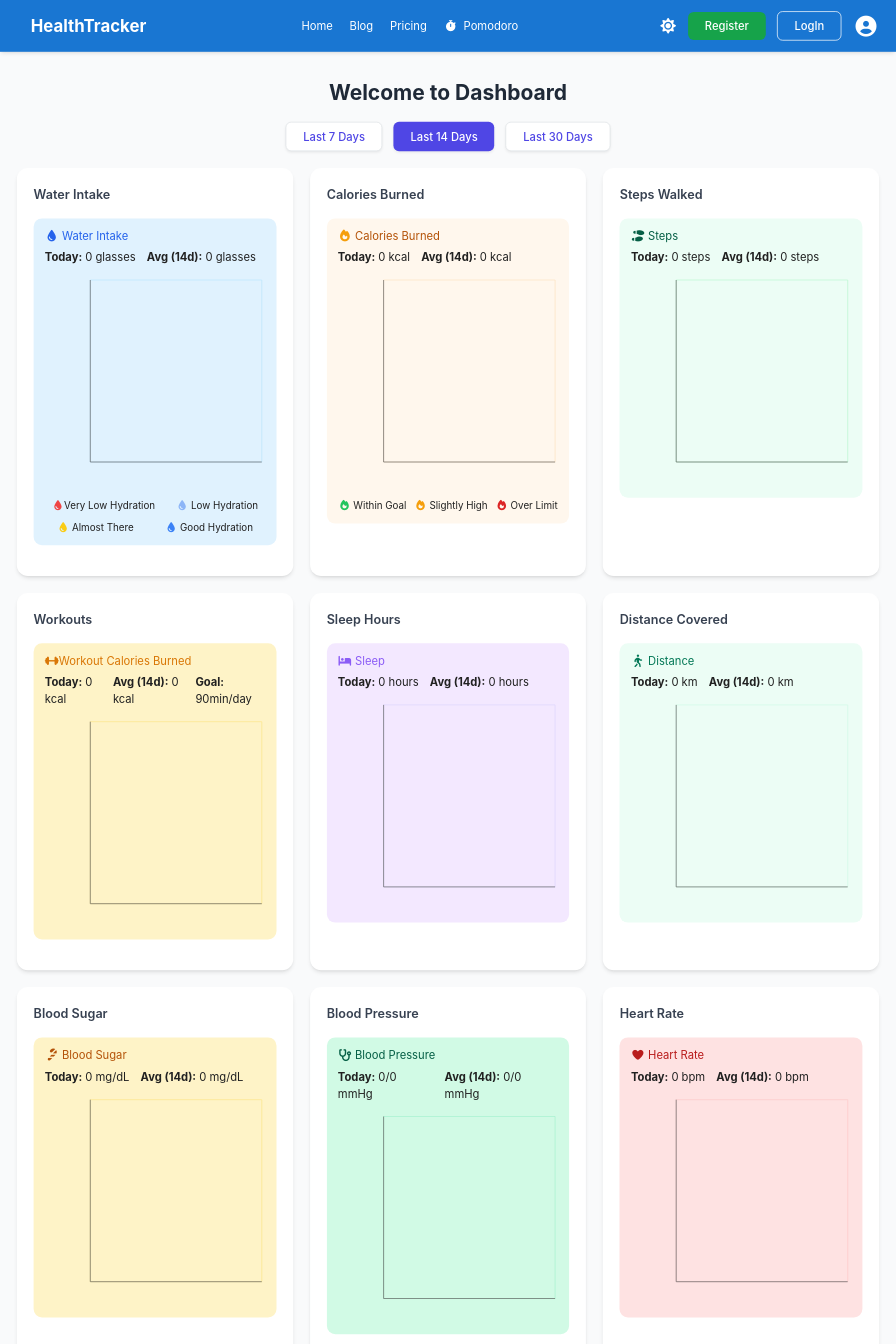
Repository: bhumikamourya/health-monitoring-application
Page: /dashboard (app in frontend/)
The author's editor kept a copy of each file at every save. The page is drawn from the files as they stood at one save, then again after the next save.
The browser window is 1280 px wide. The pictures show the part of the page from y = 0 to 1920 px (the page is 2589 px tall), at 70% of full size.
The page's requests for data from a server got no answer. Some web libraries are served in a nearby version. The project was rebuilt for these pictures with package versions that can differ from the ones it lists, and the page was loaded fresh each time. No one was signed in, and anything a server would have sent is missing. Also part of the build but not shown: frontend/src/components/Home/particleBackground.js, frontend/src/components/Home/Component1.js, frontend/src/components/Home/Component2.js, frontend/src/components/Home/Component3.js, frontend/src/components/Home/Component4.js, frontend/src/components/Home/HomePage.js, frontend/src/components/Blog/Component1.js, frontend/src/components/Blog/Component2.js and 16 more.

Above is the page before, as saved 2025-10-14 19:14:09.

### frontend/public/index.html
<!DOCTYPE html>
<html lang="en">

<head>
  <meta charset="utf-8" />
  <link rel="icon" href="%PUBLIC_URL%/favicon.ico" />
  <meta name="viewport" content="width=device-width, initial-scale=1" />
  <meta name="theme-color" content="#000000" />
  <meta name="description" content="Web site created using create-react-app" />
  <link rel="apple-touch-icon" href="%PUBLIC_URL%/logo192.png" />
  <link rel="manifest" href="%PUBLIC_URL%/manifest.json" />

  <script src="https://cdn.jsdelivr.net/npm/@tailwindcss/browser@4"></script>

  <link href="https://cdn.jsdelivr.net/npm/bootstrap@5.3.7/dist/css/bootstrap.min.css" rel="stylesheet"
    integrity="sha384-LN+7fdVzj6u52u30Kp6M/trliBMCMKTyK833zpbD+pXdCLuTusPj697FH4R/5mcr" crossorigin="anonymous">
  <link rel="stylesheet" href="https://cdnjs.cloudflare.com/ajax/libs/font-awesome/7.0.0/css/all.min.css"
    integrity="sha512-DxV+EoADOkOygM4IR9yXP8Sb2qwgidEmeqAEmDKIOfPRQZOWbXCzLC6vjbZyy0vPisbH2SyW27+ddLVCN+OMzQ=="
    crossorigin="anonymous" referrerpolicy="no-referrer" />
  <title>React App</title>
</head>

<body>
  <noscript>You need to enable JavaScript to run this app.</noscript>
  <div id="root"></div>
  <!--
      This HTML file is a template.
      If you open it directly in the browser, you will see an empty page.

      You can add webfonts, meta tags, or analytics to this file.
      The build step will place the bundled scripts into the <body> tag.

      To begin the development, run `npm start` or `yarn start`.
      To create a production bundle, use `npm run build` or `yarn build`.
    -->
</body>

</html>

### frontend/src/index.css
@tailwind base;
@tailwind components;
@tailwind utilities;

body {
  margin: 0;
  font-family: -apple-system, BlinkMacSystemFont, 'Segoe UI', 'Roboto', 'Oxygen',
    'Ubuntu', 'Cantarell', 'Fira Sans', 'Droid Sans', 'Helvetica Neue',
    sans-serif;
  -webkit-font-smoothing: antialiased;
  -moz-osx-font-smoothing: grayscale;
  background-color: #fff;
  color: #212121;
}

code {
  font-family: source-code-pro, Menlo, Monaco, Consolas, 'Courier New',
    monospace;
}

h1,
h2,
h3,
h4,
h5,
h6 {
  color: #2c3e50
}

/* NAVBAR STYLING */
.background {
  background-color: #1976d2;
}

.footer-a-links {
  text-decoration: underline;
  color: #fff;
}

.footer-a-links:hover {
  text-decoration: underline;
}

.menu {
  color: #fff;
  margin-left: 20px;
}

.menu.selected {
  color: #64b5f6;
}

.links {
  color: #1976d2;
}

.links:hover {
  opacity: 0.7;
}

.nav-links {
  color: #fff;
}

.nav-links:hover {
  color: #64b5f6;
}

.coloured-btn {
  background-color: #1976d2;
  color: #fff;
}

.coloured-btn:hover {
  background-color: #1976d2;
}

.bold-text {
  color: #1976d2;
}


/* HOME COMPONENT-1 */
.component1-container {
  background-color: #f5f5f5;
}
.component1-icons{
  background-color: #e9f2fa;
  padding:20px 40px 20px 20px;
  border-radius: 50%;
}

.fa-check,
.fa-square-check,
.fa-calendar-week,
.fa-chart-line {
  color: #1976d2;
  font-size: 25px;
}

.fa-check {
  color: #43a047;
}


/* HOME COMPONENT-2 */
.complete-control-text {
  background-color: #e9f2fa;
  width: 60%;
  margin: 25px 5px 0 40px;
  padding: 4px;
  border-radius: 30px;
  color: #1976d2;
}

.coloured-card {
  margin-left: 50px;
  border: 3px solid #1976d2;
  border-radius: 15px;
  background-color: #fafafa;
}

/* BLOG COMPONENT */
.blogs-container {
  width: 14rem;
  box-shadow: 5px 5px 10px #f4f3f3;
}

.capsule-text {
  font-size: 10px;
  border: 1px solid #cfd1d1ff;
  padding: 4px 7px;
  border-radius: 10px;
  color: #2c2c2c;
}

/* PRICING COMPONENT */
.pricing-cards {
  margin-right: 15px;
  border: 0.4px solid #bbbabaff;
  border-radius: 30px;
}

.fa-xmark {
  font-size: 20px;
}

.complete-text {
  width: auto;
  padding: 4px 10px;
  background-color: #e9f2fa;
  border-radius: 30px;
  color: #1976d2;
}

.pricing-card2 {
  margin-left: 15px;
  border: 2px solid #1976d2;
  border-radius: 30px;
  background-color: #fafafa;
}

.pomodoro-card {
  border: 0.3px solid #424242;
  border-top: 4px solid #1976d2;
  border-radius: 10px;
}
.steps-chart-content{
  line-height: 10px;
}
.goto-dashboard:hover{
  text-decoration: underline;
  color: #6e7983;
}

### frontend/src/components/Charts/fitnessCharts.js
import { Line, CartesianGrid, XAxis, YAxis, Tooltip, ResponsiveContainer, BarChart, Bar } from "recharts";
import { useChartData } from "../../Hook/useChartData";
import { CustomTooltip } from "../../utils/CustomTooltip.js";

// Water Chart
function WaterChart({ days = 7, target = 8 }) {
  const { data, todayTotal, avg } = useChartData("water", "water", days);

  const getWaterColor = (value, target) => {
    if (value < target * 0.5) return "#ef4444";   // 🔴 Red - very low hydration
    if (value < target * 0.8) return "#8cb5f7ff"; // 🟠 Light blue - low
    if (value < target) return "#facc15";         // 🟡 Yellow - almost there
    return "#3b82f6";                             // 🔵 Blue - good hydration
  };

  const coloredData = data.map(d => ({
    ...d,
    fill: getWaterColor(d.water, target)
  }));

  return (
    <div
      style={{
        maxWidth: 700,
        margin: "20px auto",
        background: "#e0f2fe",
        borderRadius: 12,
        padding: 16
      }}
    >
      <h2 style={{ marginBottom: 8, color: "#2563eb" }}>
        <i className="fa-solid fa-droplet"></i> Water Intake
      </h2>

      <div style={{ display: "flex", gap: 16, marginBottom: 16 }}>
        <div><b>Today:</b> {todayTotal} glasses</div>
        <div><b>Avg ({days}d):</b> {avg} glasses</div>
      </div>

      <div style={{ width: "100%", height: 300 }}>
        <ResponsiveContainer>
          <BarChart data={coloredData}>
            <CartesianGrid stroke="#bae6fd" />
            <XAxis dataKey="date" />
            <YAxis allowDecimals={false} />
            <Tooltip content={<CustomTooltip unit="glasses" />} />
            <Bar dataKey="water" fill={({ payload }) => payload.fill} />
            <Line
              type="monotone"
              dataKey={() => target}
              stroke="#1d4ed8"
              strokeWidth={2}
              dot={false}
            />
          </BarChart>
        </ResponsiveContainer>
      </div>

      {/* 👇 Color Legend Section */}
      <div
        style={{
           marginTop: 16,
          display: "flex",
          justifyContent: "space-around",
          flexWrap: "wrap",
          gap: 10,
          fontSize: 14
        }}
      >
        <div><i style={{color: "#ef4444"}} className="fa-solid fa-droplet"></i>Very Low Hydration</div>
        <div><i style={{color: "#8cb5f7ff"}} className="fa-solid fa-droplet"></i> Low Hydration</div>
        <div><i style={{color: "#facc15"}} className="fa-solid fa-droplet"></i> Almost There</div>
        <div><i style={{color: "#3b82f6"}} className="fa-solid fa-droplet"></i> Good Hydration</div>
      </div>
    </div>
  );
}



// Calories Chart
function CaloriesChart({ days = 7, target = 2500 }) {
  const { data, todayTotal, avg } = useChartData("calories", "calories", days);

  const getCaloriesColor = (value, target) => {
    if (value <= target) return "#22c55e";        // 🟢 Green - within goal
    if (value <= target * 1.1) return "#f59e0b";  // 🟡 Yellow - slightly high
    return "#dc2626";                             // 🔴 Red - over limit
  };

  const coloredData = data.map(d => ({
    ...d,
    fill: getCaloriesColor(d.calories, target)
  }));

  return (
    <div
      style={{
        maxWidth: 700,
        margin: "20px auto",
        background: "#fff7ed",
        borderRadius: 12,
        padding: 16,
      }}
    >
      <h2 style={{ marginBottom: 8, color: "#b45309" }}>
        <i className="fa-solid fa-fire" style={{ color: "#f59e0b" }}></i>{" "}
        Calories Burned
      </h2>

      <div style={{ display: "flex", gap: 16, marginBottom: 16 }}>
        <div><b>Today:</b> {todayTotal} kcal</div>
        <div><b>Avg ({days}d):</b> {avg} kcal</div>
      </div>

      <div style={{ width: "100%", height: 300 }}>
        <ResponsiveContainer>
          <BarChart data={coloredData}>
            <CartesianGrid stroke="#fde2c0" />
            <XAxis dataKey="date" />
            <YAxis allowDecimals={false} />
            <Tooltip content={<CustomTooltip unit="kcal" />} />
            <Bar dataKey="calories" fill={({ payload }) => payload.fill} />
            <Line
              type="monotone"
              dataKey={() => target}
              stroke="#991b1b"
              strokeWidth={2}
              dot={false}
            />
          </BarChart>
        </ResponsiveContainer>
      </div>

      {/* 👇 Color Legend Section - matching WaterChart style */}
      <div
        style={{
          marginTop: 16,
          display: "flex",
          justifyContent: "space-around",
          flexWrap: "wrap",
          gap: 10,
          fontSize: 14,
        }}
      >
        <div>
          <i style={{ color: "#22c55e" }} className="fa-solid fa-fire"></i> Within Goal
        </div>
        <div>
          <i style={{ color: "#f59e0b" }} className="fa-solid fa-fire"></i> Slightly High
        </div>
        <div>
          <i style={{ color: "#dc2626" }} className="fa-solid fa-fire"></i> Over Limit
        </div>
      </div>
    </div>
  );
}



// Steps Chart
function StepsChart({ days = 7, target = 12000 }) {
  const { data, todayTotal, avg } = useChartData("steps", "steps", days);
  const getStepsColor = (value) => {
    if (value < target * 0.7) return "#dc2626";   // red (low)
    if (value < target) return "#1ff66eff";         // amber (medium)
    return "#16a34a";                             // green (good)
  };

  const coloredData = data.map(d => ({
    ...d,
    fill: getStepsColor(d.steps)
  }));

  return (
    <div style={{ maxWidth: 700, margin: "20px auto", background: "#ecfdf5", borderRadius: 12, padding: 16 }}>
      <h2 style={{ marginBottom: 8, color: "#065f46" }}><i className="fa-solid fa-shoe-prints"></i> Steps </h2>
      <div style={{ display: "flex", gap: 16, marginBottom: 16 }}>
        <div><b>Today:</b> {todayTotal} steps</div>
        <div><b>Avg ({days}d):</b> {avg} steps</div>
      </div>
      <div style={{ width: "100%", height: 300 }}>
        <ResponsiveContainer>
          <BarChart data={coloredData}>
            <CartesianGrid stroke="#bbf7d0" />
            <XAxis dataKey="date" />
            <YAxis allowDecimals={false} />
            <Tooltip content={<CustomTooltip unit="Steps" />} />
            <Bar dataKey="steps" fill={({ payload }) => payload.fill} />
            <Line
              type="monotone"
              dataKey={() => target}
              stroke="#047857"
              strokeWidth={2}
              dot={false}
            />
          </BarChart>
        </ResponsiveContainer>
      </div>
    </div>
  );
}

// Sleep Chart
function SleepChart({ days = 7, target = 8 }) {
  const { data, todayTotal, avg } = useChartData("sleep", "sleep", days);
  const getSleepColor = (value) => {
    if (value < 5) return "#e33636ff";
    if (value < 7) return "#beabe8ff";
    if (value <= 9) return "#ab89fbff";
    return "#8b5cf6";
  };
  const coloredData = data.map(d => ({
    ...d,
    fill: getSleepColor(d.sleep, target)
  }));
  return (
    <div style={{ maxWidth: 700, margin: "20px auto", background: "#f3e8ff", borderRadius: 12, padding: 16 }}>
      <h2 style={{ marginBottom: 8, color: "#8b5cf6" }}><i className="fa-solid fa-bed"></i> Sleep</h2>
      <div style={{ display: "flex", gap: 16, marginBottom: 16 }}>
        <div><b>Today:</b> {todayTotal} hours</div>
        <div><b>Avg ({days}d):</b> {avg} hours</div>
      </div>
      <div style={{ width: "100%", height: 300 }}>
        <ResponsiveContainer>
          <BarChart data={coloredData}>
            <CartesianGrid stroke="#ddd6fe" />
            <XAxis dataKey="date" />
            <YAxis allowDecimals={false} />
            <Tooltip content={<CustomTooltip unit="hours" />} />
            <Bar dataKey="sleep" fill={({ payload }) => payload.fill} />
            <Line type="monotone" dataKey={() => target} stroke="#7c3aed" strokeWidth={2} dot={false} />
          </BarChart>
        </ResponsiveContainer>
      </div>
    </div>
  );
}

function DistanceChart({ days = 7, target = 5 }) {
  const { data, todayTotal, avg } = useChartData("distance", "distance", days);

  const getDistanceColor = (value, target) => {
    if (value < target * 0.5) return "#ef4444";   // 🔴 Very low
    if (value < target * 0.8) return "#81f2aaff";   // 🟠 Low
    if (value < target) return "#facc15";         // 🟡 Almost there
    return "#22c55e";                             // 🟢 Good
  };

  const coloredData = data.map(d => ({
    ...d,
    fill: getDistanceColor(d.distance, target)
  }));

  return (
    <div style={{ maxWidth: 700, margin: "20px auto", background: "#ecfdf5", borderRadius: 12, padding: 16 }}>
      <h2 style={{ marginBottom: 8, color: "#047857" }}>
        <i className="fa-solid fa-person-walking"></i> Distance
      </h2>

      <div style={{ display: "flex", gap: 16, marginBottom: 16 }}>
        <div><b>Today:</b> {todayTotal} km</div>
        <div><b>Avg ({days}d):</b> {avg} km</div>
      </div>

      <div style={{ width: "100%", height: 300 }}>
        <ResponsiveContainer>
          <BarChart data={coloredData}>
            <CartesianGrid stroke="#d1fae5" />
            <XAxis dataKey="date" />
            <YAxis allowDecimals={false} />
            <Tooltip content={<CustomTooltip unit="km" />} />
            <Bar dataKey="distance" fill={({ payload }) => payload.fill} />
            <Line type="monotone" dataKey={() => target} stroke="#047857" strokeWidth={2} dot={false} />
          </BarChart>
        </ResponsiveContainer>
      </div>
    </div>
  );
}


function WorkoutChart({ days = 7, target = 90 }) {
  // workoutsCalories ke liye hook call
  const { data, todayTotal, avg } = useChartData("workouts", "caloriesBurned", days);
  const getWorkoutColor = (value, target) => {
    if (value < target * 0.7) return "#ef4444";   // red - low
    if (value < target) return "#fbbf24";         // amber - medium
    return "#d97706";                             // green - achieved
  };

  const coloredData = data.map(d => ({
    ...d,
    fill: getWorkoutColor(d.caloriesBurned, target)
  }));
  return (
    <div style={{ maxWidth: 700, margin: "20px auto", background: "#fef3c7", borderRadius: 12, padding: 16 }}>
      <h2 style={{ marginBottom: 8, color: "#d97706" }}>
        <i className="fa-solid fa-dumbbell"></i>
        Workout Calories Burned </h2>
      <div style={{ display: "flex", gap: 16, marginBottom: 16 }}>
        <div><b>Today:</b> {todayTotal} kcal</div>
        <div><b>Avg ({days}d):</b> {avg} kcal</div>
        <div><b>Goal:</b> {target}min/day</div>
      </div>
      <div style={{ width: "100%", height: 300 }}>
        <ResponsiveContainer>
          <BarChart data={coloredData}>
            <CartesianGrid stroke="#fde68a" />
            <XAxis dataKey="date" />
            <YAxis allowDecimals={false} />
            <Tooltip content={<CustomTooltip unit="kcal" />} />
            <Bar dataKey="caloriesBurned" fill={({ payload }) => payload.fill} />
            <Line type="monotone" dataKey={() => target} stroke="#b45309" strokeWidth={2} dot={false} />
          </BarChart>
        </ResponsiveContainer>
      </div>
    </div>
  );
}




export { WaterChart, CaloriesChart, StepsChart, SleepChart, DistanceChart, WorkoutChart };

Loaded but not shown: frontend/tailwind.config.js (common file); frontend/src/components/Charts/MedicalCharts.js (185 lines, source omitted); frontend/src/Navbar.js (85 lines, source omitted); frontend/src/TrackerForms/Dashboard.js (91 lines, source omitted); frontend/src/Hook/useBPChartData.js (65 lines, source omitted); frontend/src/index.js (46 lines, source omitted); frontend/src/Hook/useCholesterolChartData.js (62 lines, source omitted); frontend/src/Hook/useChartData.js (56 lines, source omitted); frontend/src/Footer.js (35 lines, source omitted); frontend/src/components/Logout.js (16 lines, source omitted); frontend/src/utils/api.js (13 lines, source omitted); frontend/src/components/Home/particleBackground.css (399 lines, source omitted)

After the next save:
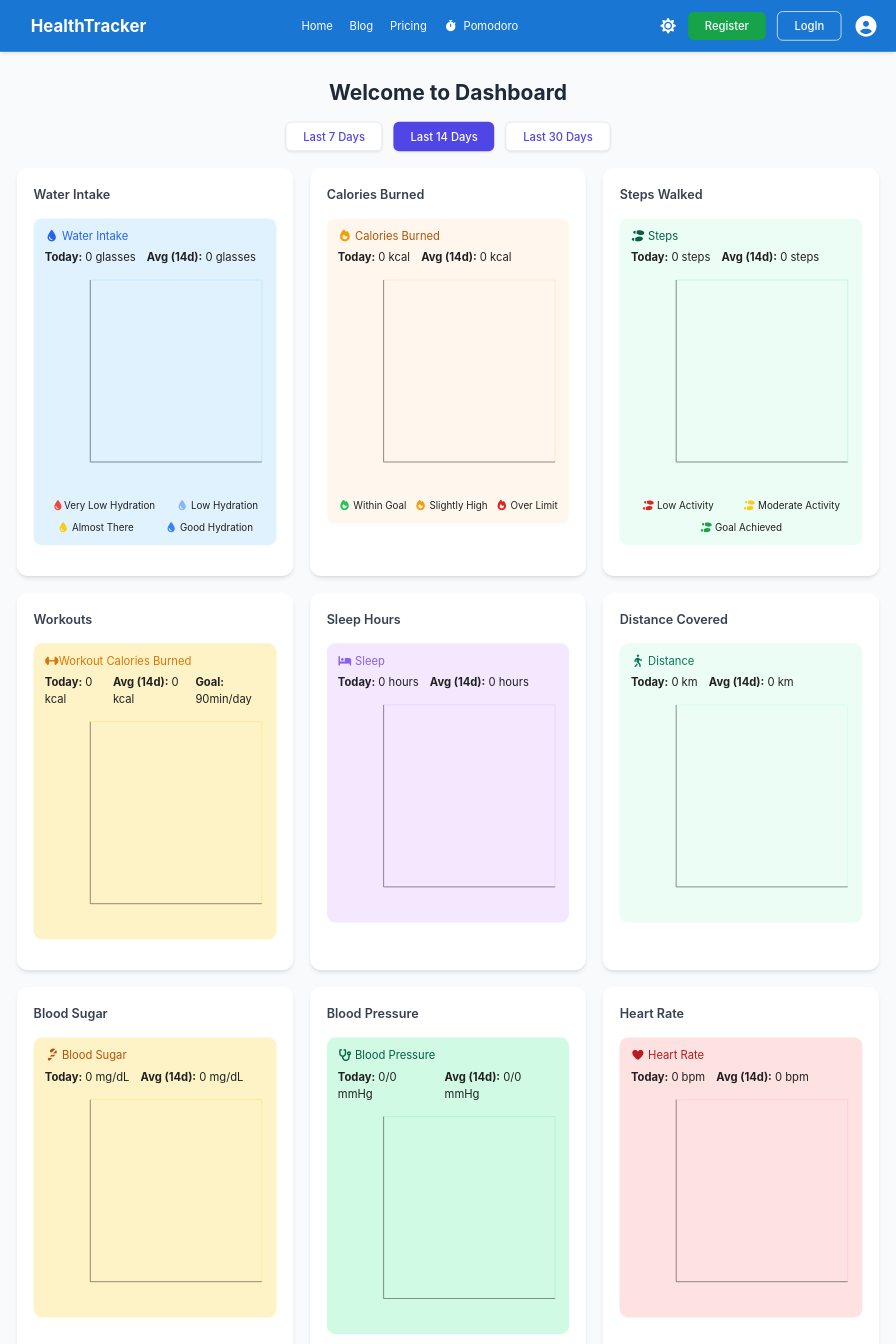
Saved 105 s later.
--- a/frontend/src/components/Charts/fitnessCharts.js
+++ b/frontend/src/components/Charts/fitnessCharts.js
@@ -162,10 +162,11 @@ function CaloriesChart({ days = 7, target = 2500 }) {
 // Steps Chart
 function StepsChart({ days = 7, target = 12000 }) {
   const { data, todayTotal, avg } = useChartData("steps", "steps", days);
+
   const getStepsColor = (value) => {
-    if (value < target * 0.7) return "#dc2626";   // red (low)
-    if (value < target) return "#1ff66eff";         // amber (medium)
-    return "#16a34a";                             // green (good)
+    if (value < target * 0.7) return "#dc2626";    // 🔴 Red - Low activity
+    if (value < target) return "#facc15";          // 🟡 Yellow - Moderate activity
+    return "#16a34a";                              // 🟢 Green - Goal achieved
   };
 
   const coloredData = data.map(d => ({
@@ -174,19 +175,31 @@ function StepsChart({ days = 7, target = 12000 }) {
   }));
 
   return (
-    <div style={{ maxWidth: 700, margin: "20px auto", background: "#ecfdf5", borderRadius: 12, padding: 16 }}>
-      <h2 style={{ marginBottom: 8, color: "#065f46" }}><i className="fa-solid fa-shoe-prints"></i> Steps </h2>
+    <div
+      style={{
+        maxWidth: 700,
+        margin: "20px auto",
+        background: "#ecfdf5",
+        borderRadius: 12,
+        padding: 16
+      }}
+    >
+      <h2 style={{ marginBottom: 8, color: "#065f46" }}>
+        <i className="fa-solid fa-shoe-prints"></i> Steps
+      </h2>
+
       <div style={{ display: "flex", gap: 16, marginBottom: 16 }}>
         <div><b>Today:</b> {todayTotal} steps</div>
         <div><b>Avg ({days}d):</b> {avg} steps</div>
       </div>
+
       <div style={{ width: "100%", height: 300 }}>
         <ResponsiveContainer>
           <BarChart data={coloredData}>
             <CartesianGrid stroke="#bbf7d0" />
             <XAxis dataKey="date" />
             <YAxis allowDecimals={false} />
-            <Tooltip content={<CustomTooltip unit="Steps" />} />
+            <Tooltip content={<CustomTooltip unit="steps" />} />
             <Bar dataKey="steps" fill={({ payload }) => payload.fill} />
             <Line
               type="monotone"
@@ -198,9 +211,32 @@ function StepsChart({ days = 7, target = 12000 }) {
           </BarChart>
         </ResponsiveContainer>
       </div>
-    </div>
-  );
-}
+
+      {/* 👇 Color Legend Section - same style as other charts */}
+      <div
+        style={{
+          marginTop: 16,
+          display: "flex",
+          justifyContent: "space-around",
+          flexWrap: "wrap",
+          gap: 10,
+          fontSize: 14
+        }}
+      >
+        <div>
+          <i style={{ color: "#dc2626" }} className="fa-solid fa-shoe-prints"></i> Low Activity
+        </div>
+        <div>
+          <i style={{ color: "#facc15" }} className="fa-solid fa-shoe-prints"></i> Moderate Activity
+        </div>
+        <div>
+          <i style={{ color: "#16a34a" }} className="fa-solid fa-shoe-prints"></i> Goal Achieved
+        </div>
+      </div>
+    </div>
+  );
+}
+
 
 // Sleep Chart
 function SleepChart({ days = 7, target = 8 }) {
